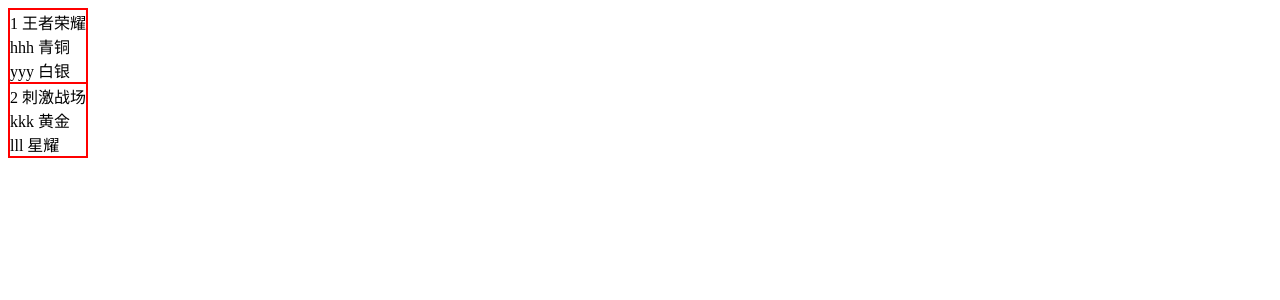
Repository: eheihaha2/whoisthespy-
Page: webDemo/WebContent/test3.html
The author's editor kept a copy of each file at every save. The page is drawn from the files as they stood at one save, then again after the next save.
The browser window is 1280 px wide. The pictures show the whole page.
The page's requests for data from a server got no answer.

Above is the page before, as saved 2020-02-22 10:47:16.

After the next save:
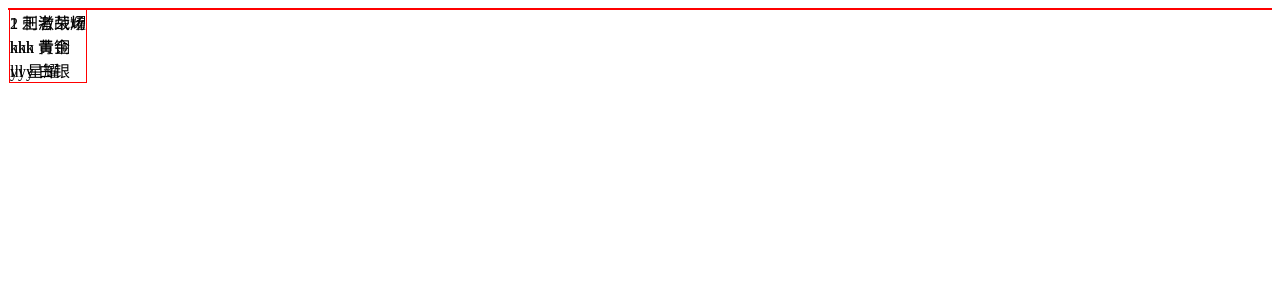
Saved 32 s later.
--- a/webDemo/WebContent/test3.html
+++ b/webDemo/WebContent/test3.html
@@ -7,10 +7,10 @@
 <style type="text/css">
 	#main{
 		border:1px solid red;
-		position:absolute;
+		position:relative;
 	}
 	.room{
-	position:relative;
+	position:absolute;
 		border:1px solid red;
 		magin-top:10px;
 </style>
